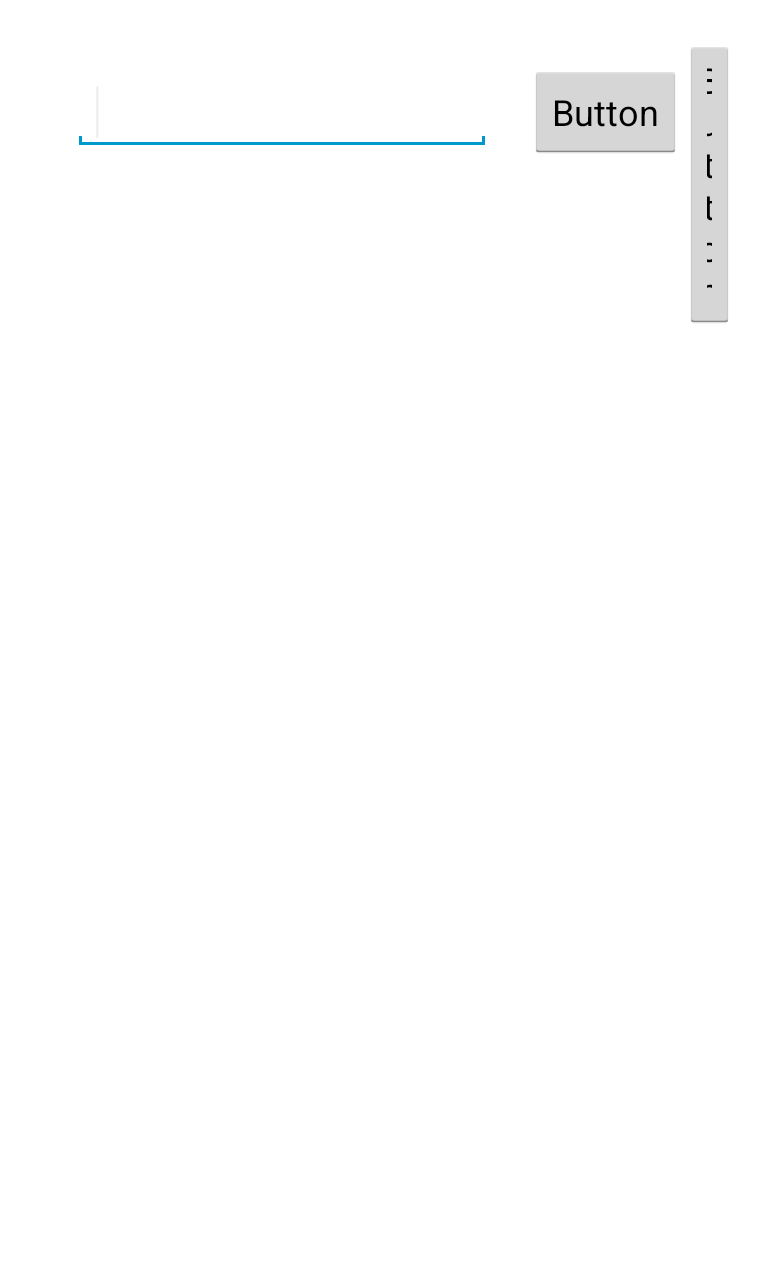
Repository: Kenwal/DemosS1
Layout: Demo4/res/layout/activity_main.xml
The author's editor kept a copy of each file at every save. The layout is drawn from the files as they stood at one save, then again after the next save.
It is drawn on a 768 x 1280 px phone screen (xhdpi) without system bars, with theme AppTheme; the app's code is not run.

Above is the layout before, as saved 2014-01-23 15:43:03.

### Demo4/res/layout/activity_main.xml
<LinearLayout xmlns:android="http://schemas.android.com/apk/res/android"
    xmlns:tools="http://schemas.android.com/tools"
    android:layout_width="match_parent"
    android:layout_height="match_parent"
    android:paddingBottom="@dimen/activity_vertical_margin"
    android:paddingLeft="@dimen/activity_horizontal_margin"
    android:paddingRight="@dimen/activity_horizontal_margin"
    android:paddingTop="@dimen/activity_vertical_margin"
    tools:context=".MainActivity" >

    <EditText
        android:id="@+id/editText1"
        android:layout_width="wrap_content"
        android:layout_height="wrap_content"
        android:layout_alignParentLeft="true"
        android:layout_alignParentTop="true"
        android:layout_marginLeft="20dp"
        android:layout_marginTop="16dp"
        android:ems="10" >

        <requestFocus />
    </EditText>

    <Button
        android:id="@+id/button1"
        android:layout_width="wrap_content"
        android:layout_height="wrap_content"
        android:layout_alignLeft="@+id/editText1"
        android:layout_below="@+id/editText1"
        android:layout_marginLeft="18dp"
        android:layout_marginTop="16dp"
        android:text="Button" />

    <Button
        android:id="@+id/button2"
        android:layout_width="wrap_content"
        android:layout_height="wrap_content"
        android:layout_alignBottom="@+id/button1"
        android:layout_alignRight="@+id/editText1"
        android:text="Button" />

</LinearLayout>

Loaded but not shown: Demo4/res/values/styles.xml (common file); Demo4/res/values-v11/styles.xml (common file); Demo4/res/values-v14/styles.xml (common file); Demo4/res/values/dimens.xml (common file)

After the next save:
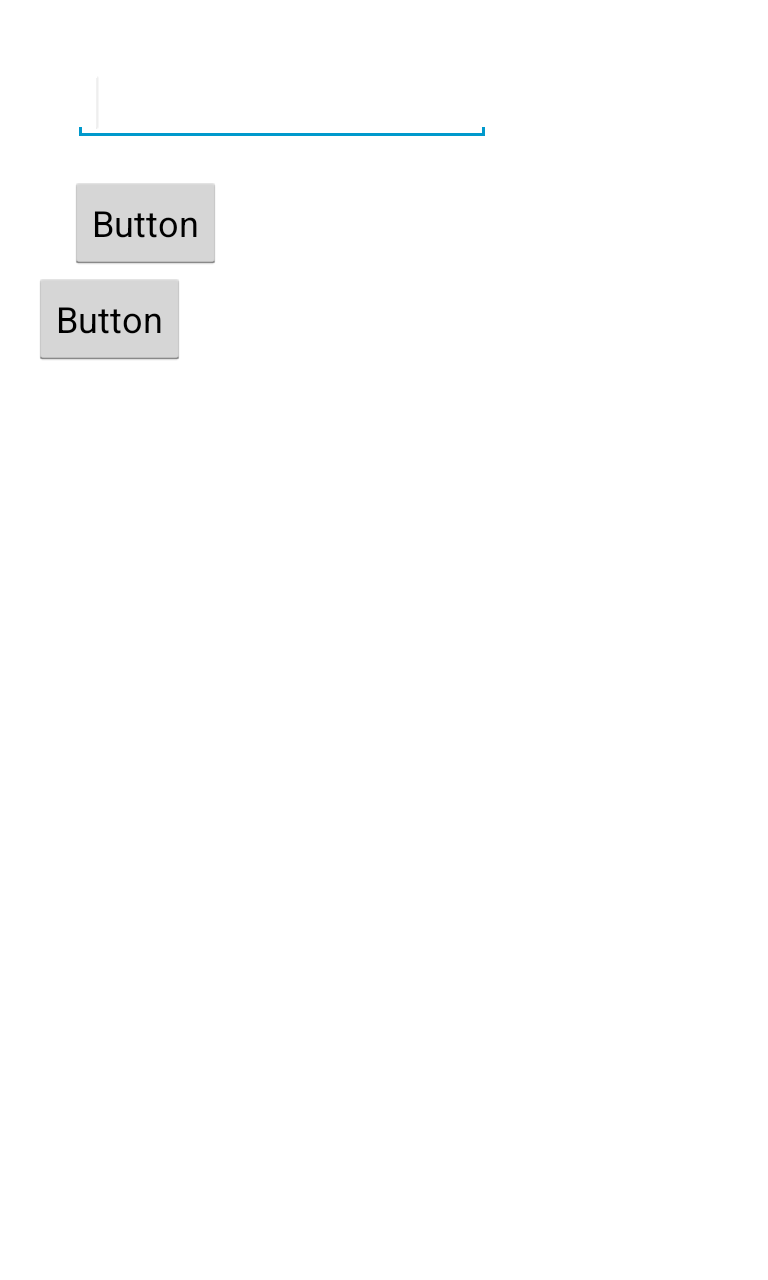
Saved 10 s later.
--- a/Demo4/res/layout/activity_main.xml
+++ b/Demo4/res/layout/activity_main.xml
@@ -6,6 +6,8 @@
     android:paddingLeft="@dimen/activity_horizontal_margin"
     android:paddingRight="@dimen/activity_horizontal_margin"
     android:paddingTop="@dimen/activity_vertical_margin"
+    android:orientation="vertical"
+    android:id="@+id/mainContent"
     tools:context=".MainActivity" >
 
     <EditText
